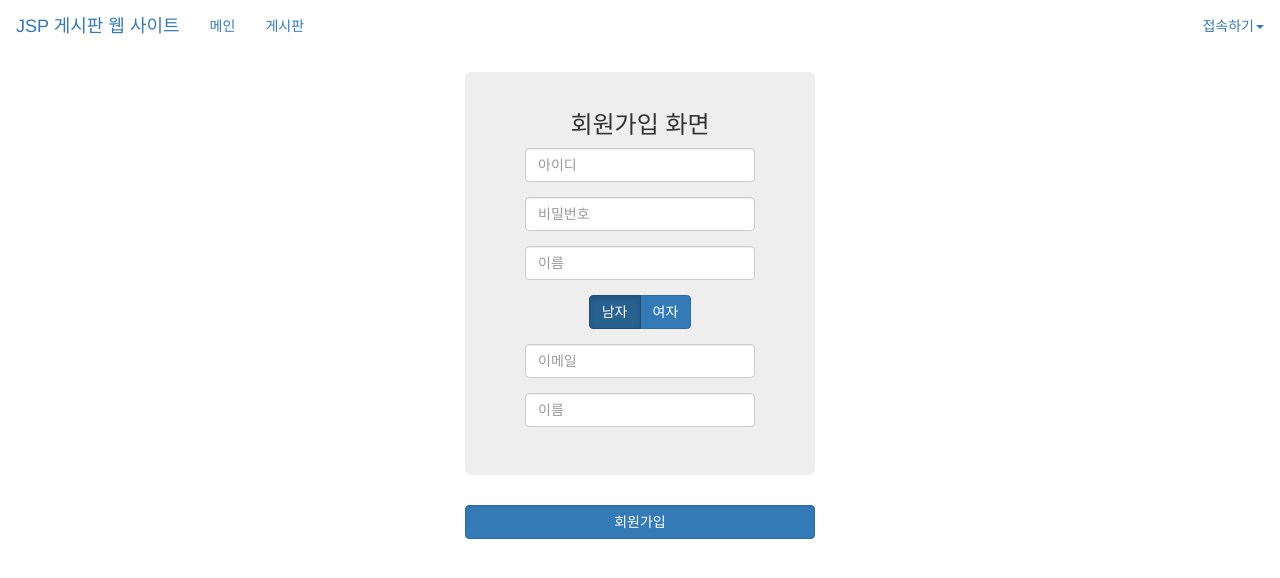
Repository: DDDEPE/mvc
Page: http://localhost/BBS/join.jsp
An editor plug-in stored every save of this project. The page is shown before and after the next save, followed by the edit.
The browser window is 1280 px wide. The pictures show the whole page.
Some web libraries are served in a nearby version. The page is served by Tomcat 9.

Above is the page before, as saved 2022-08-18 08:17:29.

After the next save:
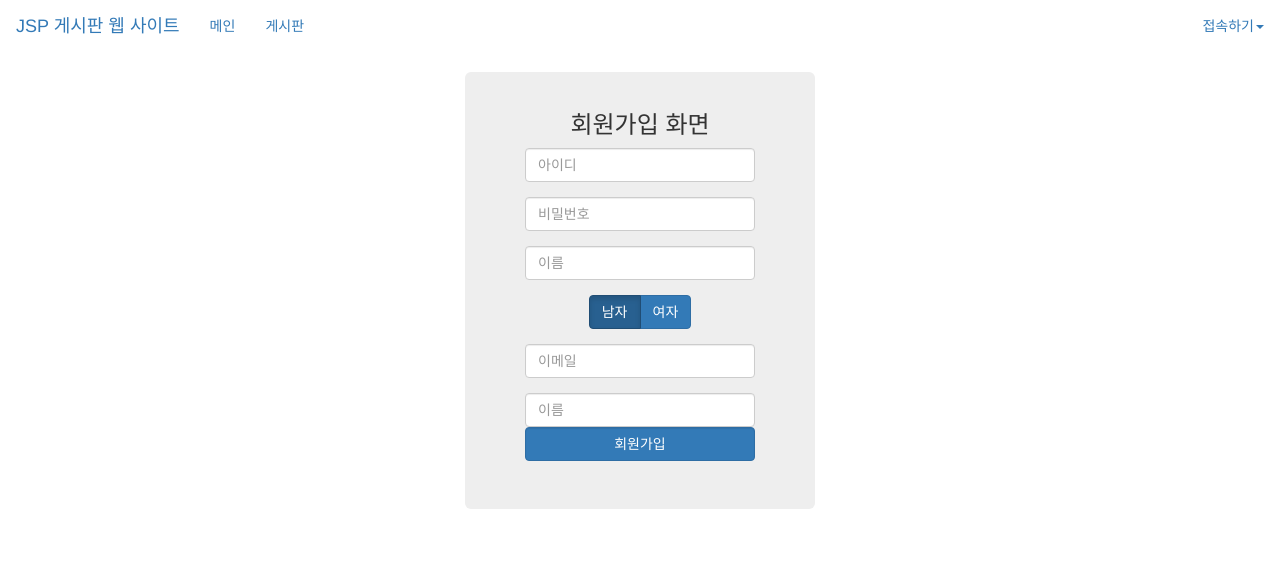
Saved 67 s later.
--- a/BBS/src/main/webapp/join.jsp
+++ b/BBS/src/main/webapp/join.jsp
@@ -66,6 +66,7 @@
 					<div class ="form-group">
 						<input type = "email" class="form-control" placeholder="이메일" name="userEmail" maxlength="20">
 					</div>
+					<div>
 						<input type = "text" class="form-control" placeholder="이름" name="userName" maxlength="20">
 					</div>
 					<input type="submit" class="btn btn-primary form-control" value="회원가입">
